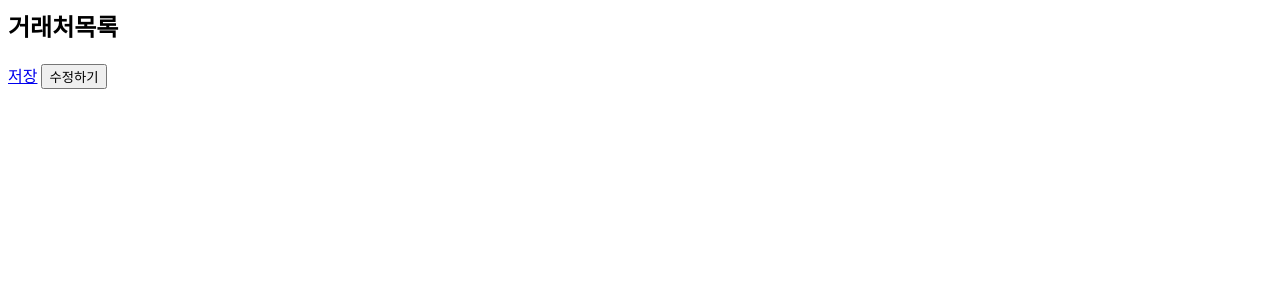
Repository: 2022-kh-final-mothlymoon/moon-back
Page: http://localhost/sellermoon/store/read.jsp
An editor plug-in stored every save of this project. The page is shown before and after the next save, followed by the edit.
The browser window is 1280 px wide. The pictures show the whole page.
The page is served by Tomcat 9. Other server files are loaded and not shown.

Above is the page before, as saved 2022-10-23 15:15:24.

### sellermoon/src/main/webapp/store/read.jsp

<%@ page language="java" contentType="text/html; charset=UTF-8"
	pageEncoding="UTF-8"%>
<%@ page import="java.util.*, kh.sellermoon.admin.vo.StoreVO"%>
<%@ taglib prefix="c" uri="http://java.sun.com/jsp/jstl/core"%>
<%
int STORE_NO = 0;
int MD_NO = 0;
String STORE_CONTACT = "";
String STORE_MANAGER = "";
String STORE_MEMO = "";
String STORE_YN = "";
String FIELD = "";
List<Map<String, Object>> storeList = (List<Map<String, Object>>) request.getAttribute("storeList");
if (storeList != null && storeList.size() > 0) {
	/* STORE_NO = storeList.get(0).get("STORE_NO").toString();
	MD_NO = storeList.get(0).get("MD_NO").toString(); */
	STORE_CONTACT = storeList.get(0).get("STORE_CONTACT").toString();
	STORE_MANAGER = storeList.get(0).get("STORE_MANAGER").toString();
	STORE_MEMO = storeList.get(0).get("STORE_MEMO").toString();
	STORE_YN = storeList.get(0).get("STORE_YN").toString();
	FIELD = storeList.get(0).get("FIELD").toString();
}
%>
<script type="text/javascript">
	console.log('f_boardUpd호출 성공');
	console.log('${STORE_NO}');

	function dlgUpd_save() {
		$("#f_boardUpd").submit();
	}
	function dlgUpd_close() {
		location.href = "./storeList";
	}
</script>
<!DOCTYPE html>
<html lang="en" xmlns:th="http://www.w3.org/1999/xhtml">
<head>
<meta charset="UTF-8">
<title>거래처목록 view</title>
</head>

<body>
	<h2>거래처목록</h2>
	<c:forEach var="storeList" items="${storeList}">
	     <form id="f_boardIns" name="f_boardIns" />
	<label>FIELD</label>
	<input id="FIELD" name="FIELD" value="${storeList.FIELD}"><br/>
	<label>STORE_YN</label>
	<input id="STORE_YN" name="STORE_YN"  value="${storeList.STORE_YN}"><br/>
	<label>STORE_CONTACT</label>
	<input id="STORE_CONTACT" name="STORE_CONTACT"  value="${storeList.STORE_CONTACT}"><br/>
	<label>STORE_MANAGER</label>
	<input id="STORE_MANAGER" name="STORE_MANAGER" value="${storeList.STORE_MANAGER}"><br/>
	<label>STORE_MEMO</label>
	<input id="STORE_MEMO" name="STORE_MEMO" value="${storeList.STORE_MEMO}">
<input type="hidden" name="STORE_NO" value="${storeList.STORE_NO}">


     <%--    <a href="./storeUpdate?STORE_NO=${storeList.STORE_NO}" type="submit" id="edit">수정하기</a> --%>
       	</c:forEach>
       	<a href="javascript:dlgIns_save()" class="easyui-linkbutton">저장</a>
        <input type="button" id="edit" value="수정하기">
        </form>
       <!--  <input type="button" id="delete" value="삭제하기"> -->
</body>
<script type="text/javascript">
function dlgIns_save(){
    $("#f_boardIns").submit();
 }
        </script>
</html>

After the next save:
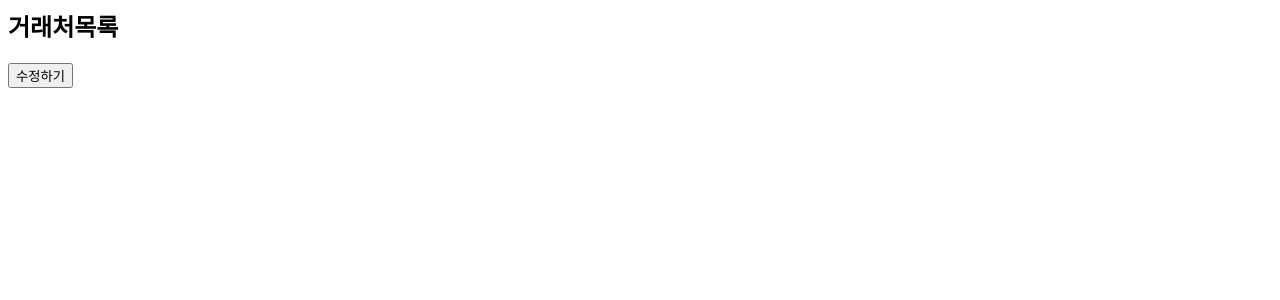
Saved 54 s later.
--- a/sellermoon/src/main/webapp/store/read.jsp
+++ b/sellermoon/src/main/webapp/store/read.jsp
@@ -59,7 +59,6 @@
 
      <%--    <a href="./storeUpdate?STORE_NO=${storeList.STORE_NO}" type="submit" id="edit">수정하기</a> --%>
        	</c:forEach>
-       	<a href="javascript:dlgIns_save()" class="easyui-linkbutton">저장</a>
         <input type="button" id="edit" value="수정하기">
         </form>
        <!--  <input type="button" id="delete" value="삭제하기"> -->

After the save that followed:
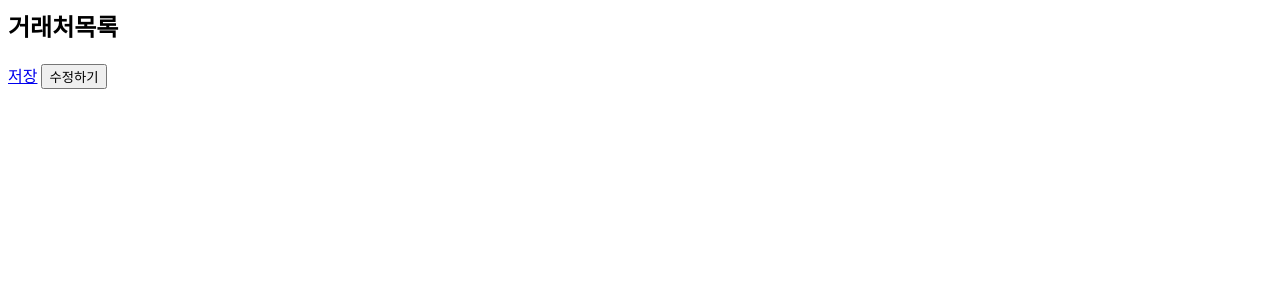
Saved 25 s later.
--- a/sellermoon/src/main/webapp/store/read.jsp
+++ b/sellermoon/src/main/webapp/store/read.jsp
@@ -43,7 +43,7 @@
 <body>
 	<h2>거래처목록</h2>
 	<c:forEach var="storeList" items="${storeList}">
-	     <form id="f_boardIns" name="f_boardIns" />
+	     <form id="f_boardIns" name="f_boardIns" action=./storeUpdate?STORE_NO=${storeList.STORE_NO}'/>
 	<label>FIELD</label>
 	<input id="FIELD" name="FIELD" value="${storeList.FIELD}"><br/>
 	<label>STORE_YN</label>
@@ -59,6 +59,7 @@
 
      <%--    <a href="./storeUpdate?STORE_NO=${storeList.STORE_NO}" type="submit" id="edit">수정하기</a> --%>
        	</c:forEach>
+       	<a href="javascript:dlgIns_save()" class="easyui-linkbutton">저장</a>
         <input type="button" id="edit" value="수정하기">
         </form>
        <!--  <input type="button" id="delete" value="삭제하기"> -->
